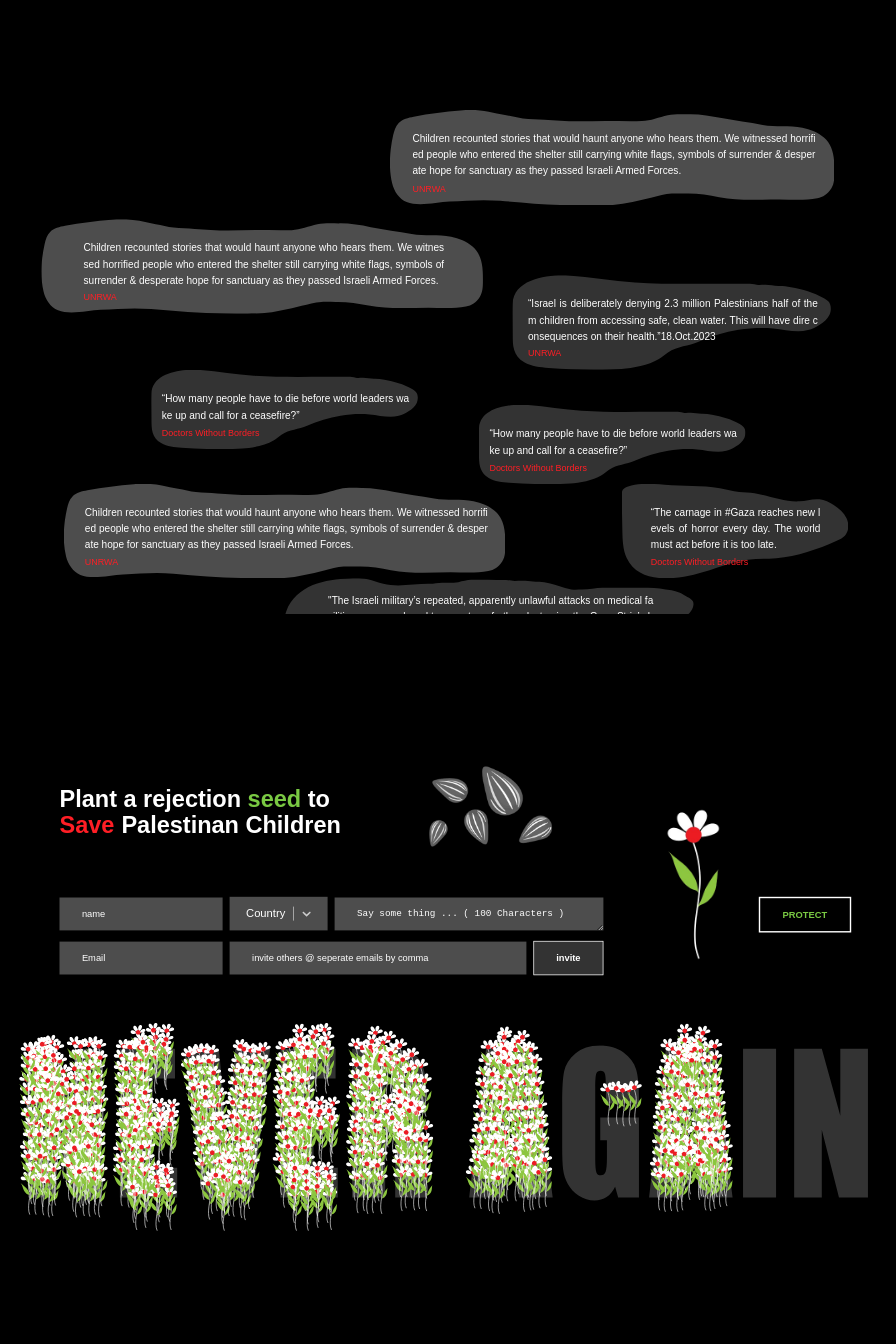
Repository: nezarko/image-drop-app
Page: /
An editor plug-in stored every save of this project. The page is shown before and after the next save, followed by the edit.
The browser window is 1280 px wide. The pictures show the part of the page from y = 2163 to 4083 px (the page is 4083 px tall), at 70% of full size.
The page's requests for data from a server got no answer. Some web fonts or font styles are not loaded; a fallback is used. The project was rebuilt for these pictures with package versions that can differ from the ones it lists, and the page was loaded fresh each time. No one was signed in, and anything a server would have sent is missing. Also part of the build but not shown: vite.config.js, src/Common/Store.js, src/assets/css/image.css, src/Components/Image.jsx, src/dataBase/config.js, src/Components/Section.js.

Above is the page before, as saved 2023-11-28 04:25:24.

### index.html
<!DOCTYPE html>
<html lang="en">

<head>
  <meta charset="utf-8" />
  <link rel="icon" href="favicon.ico" />
  <meta name="viewport" content="width=device-width, initial-scale=1" />
  <meta name="theme-color" content="#000000" />
  <meta name="description" content="Web site created using create-react-app" />
  <link rel="apple-touch-icon" href="logo192.png" />
  <!--
      manifest.json provides metadata used when your web app is installed on a
      user's mobile device or desktop. See https://developers.google.com/web/fundamentals/web-app-manifest/
    -->
  <!-- <link rel="manifest" href="%PUBLIC_URL%/manifest.json" /> -->

  <!-- <link rel="stylesheet" href="%PUBLIC_URL%/locomotive-scroll.css"> -->
  <!--
      Notice the use of %PUBLIC_URL% in the tags above.
      It will be replaced with the URL of the `public` folder during the build.
      Only files inside the `public` folder can be referenced from the HTML.

      Unlike "/favicon.ico" or "favicon.ico", "%PUBLIC_URL%/favicon.ico" will
      work correctly both with client-side routing and a non-root public URL.
      Learn how to configure a non-root public URL by running `npm run build`.
    -->
  <title>React App</title>
</head>

<body>
  <noscript>You need to enable JavaScript to run this app.</noscript>
  <div id="root"></div>
  <!--
      This HTML file is a template.
      If you open it directly in the browser, you will see an empty page.

      You can add webfonts, meta tags, or analytics to this file.
      The build step will place the bundled scripts into the <body> tag.

      To begin the development, run `npm start` or `yarn start`.
      To create a production bundle, use `npm run build` or `yarn build`.
    -->

    <script type="module" src="/src/index.jsx"></script>

</body>



</html>

### src/index.jsx
import React from "react";
import ReactDOM from "react-dom/client";
import "./App.css";
import App from "./App";
import reportWebVitals from "./reportWebVitals";

// Globa primtive class injecction : Future feauute , create Dependicy ijection and factory pattren.
String.prototype.wordCount = function () {
  return (this.length && this.split(/\s+\b/).length) || 0;
};



const root = ReactDOM.createRoot(document.getElementById("root"));
root.render(<App />);

// If you want to start measuring performance in your app, pass a function
// to log results (for example: reportWebVitals(console.log))
// or send to an analytics endpoint. Learn more: https://bit.ly/CRA-vitals
reportWebVitals();

### src/assets/css/utils.css
.col-11 {
    width: 100%;
}

.col-10 {
    width: 90%;
}

.col-9 {
    width: 80%;
}

.col-8 {
    width: 70%;
}

.col-7 {
    width: 60%;
}


.col-6 {
    width: 50%;
}

.col-5 {
    width: 40%;
}

.col-4 {
    width: 30%;
}

.col-3 {
    width: 20%;
}

.col-2 {
    width: 10%;
}

.col-1 {
    width: 1%;
}

.offset-5 {
    margin-left: 50%;
}

.offset-4 {
    margin-left: 40%;
}


.offset-3 {
    margin-left: 30%;
}

.offset-1 {
    margin-left: 5%;
}

.offset-2 {
    margin-left: 10%;
}

.pull-1 {
    margin-right: 5%;
}

.pull-2 {
    margin-right: 10%;
}

.pull-3 {
    margin-right: 15%;
}

.flex {
    display: flex;
}

.items-end {
    justify-content: flex-end;
}

.ml-auto {
    margin-left: auto;
}

.pr-10 {
    padding-right: 10%;
}

.text-green-400{
    color:#7ac943;
}

.text-red-400{
    color: #ff1e25;
}
.gray-300{
 background-color: #4d4d4d;
}
/* Globals */

img{
    max-width: 100%;
    display: block;
    margin: 0 auto;
    height: auto;
}

/* Flex */

.align-baseline{
    align-items: baseline;
}

.justify-space-between{
    justify-content: space-between  ;
}

.justify-start {
    justify-content: flex-start;
}
.align-center {
    align-items: center;
}

.items-align-center{
    align-items: center;
}
.items-align-start{
    align-items: start;
}
.mb-5{
    margin-bottom: 15px;
}


.relative{
    position: relative;
}

### src/Components/Suspence.jsx
const Suspence = ({ show }) => {
  return (
    <>
      {show && (
        <div className="suscpence">
          <h3>Loading</h3>
        </div>
      )}
    </>
  );
};

export default Suspence;

### src/Components/Header.jsx
import React, { useRef } from 'react';
import '../assets/css/Header.css';
import logo from '../assets/imags/oo.png'

import scrollimg from "../assets/imags/scro.png";
import LocomotiveScroll from 'locomotive-scroll';
function Header() {

  // const loco = useRef(new LocomotiveScroll())
  // function s(target , o = {}) {
  //    loco.current.scrollTo(target , o)
  // }

  //   const scrollToBottom = () => {
  //     // Scroll to the bottom of the page
  //     window.scrollTo({ top: document.body.scrollHeight, behavior: "smooth" });
  //   };


  return (
    <div className="header">
      <div className="flower-container">
        <img src={logo} alt="flower" className="flower-image" />

        <img
          src={scrollimg}
          alt="flower"
          style={{marginTop:"250px",height:"80px",marginBottom:"40px"}}
          className="flower-image2"
        />
      </div>
    </div>
  );
}

export default Header;

### src/Components/NeverAgain.jsx
"use client";

import { useEffect, useLayoutEffect, useMemo, useRef, useState } from "react";
import { lerp, svgFill } from "../Common/svgFill";

const options = {
  viewBox: [1045, 194],
  d: "M16.0801 173.66V3.66984L73.6801 173.66V4.45984M184.49 3.66984L132.23 3.85984V175.05H184.49M132.23 96.9598H181M380.76 3.85984H331.23V175.05H383.49M331.23 93.9598H381M213.23 3.83984L236.6 174.55L259.38 174.66L279.24 3.66984M422.28 175.66V5.83984C422.28 5.83984 476.23 9.83985 477.23 56.8398C476.23 93.8398 465.294 89.8308 465.294 89.8308M465.294 89.8308C491.489 123.562 476.23 124.84 477.6 175.66M465.294 89.8308H441.686M569.36 175.66L574.53 140.58L586.85 4.66984H612.02L630.89 175.66M625.32 140.25H574.53M796.36 175.66L799.53 140.58L810.85 4.66984H838.02L855.89 175.66M851.32 140.25H799.53M737.99 66.7698C739.23 33.8398 737.23 1.83984 710.23 1.83984C678.23 1.83984 678.23 50.9998 678.23 96.8398C678.23 142.68 678.23 175.84 711.23 175.84C733.17 175.84 741.23 162.74 741.23 137.84L742.23 103.84H714.23M741.23 175.84V144.48M908.03 5.66984V175.66M971.28 175.44V5.45984L1025.88 175.44L1028.88 5.24984",
  strokeWidth: 30,
  itemsPerRow: 5,
  radius: 7,
};

export function NeverAgain({signed}) {
  const svg = useMemo(() => svgFill(options), []);
  const [f, setF] = useState([]);


  useEffect(() => {
    console.log("Nwve",signed)
      f.push(svg.fill(signed, f));
    setF(f);
  }, [signed])


  const [filled, setFilled] = useState(() => {
    const data = [];

    for (let i = 0; i < 1000; i++) {
      data.push(svg.fill(i, data));
    }
    return data;
  });

  const width = 1200;
  const ref = useRef();
  const scale = width / options.viewBox[0];
  return (
    <>
      <div
        style={{
          position: "relative",
        }}
      >
        <svg
          ref={ref}
          xmlns="http://www.w3.org/2000/svg"
          width={svg.options.viewBox[0]}
          fill="none"
          viewBox={`0 0 ${svg.options.viewBox[0]} ${svg.options.viewBox[1]}`}
          style={{
            width,
            scale,
            transformOrigin: "0 0 ",
          }}
        >
          <path
            d="M91.8 4.34961V189.33H55.76L34.37 105.24V189.33H0V4.34961H34.38L57.43 87.6396V4.34961H91.81H91.8Z"
            fill="#333333"
          />
          <path
            d="M114.3 4.34961H182.85V41.3696H155.41V76.4496H181.09V111.64H155.41V152.32H185.59V189.34H114.3V4.35962V4.34961Z"
            fill="#333333"
          />
          <path
            d="M301.16 4.34961L280.24 189.33H217.79L194.04 4.34961H237.4C242.44 55.3096 246.04 98.4196 248.19 133.69C250.31 98.0396 252.57 66.3996 254.95 38.7496L257.8 4.34961H301.16Z"
            fill="#333333"
          />
          <path
            d="M314.09 4.34961H382.64V41.3696H355.2V76.4496H380.88V111.64H355.2V152.32H385.38V189.34H314.09V4.35962V4.34961Z"
            fill="#333333"
          />
          <path
            d="M403.2 4.34961H432.3C451.7 4.34961 464.83 5.22961 471.7 6.97961C478.57 8.72961 484.17 13.2096 488.5 20.4096C492.83 27.6096 494.99 39.0896 494.99 54.8596C494.99 69.2596 493.46 78.9296 490.4 83.8796C487.34 88.8296 481.32 91.7996 472.33 92.7896C480.47 95.1496 485.94 98.3097 488.74 102.27C491.54 106.23 493.28 109.87 493.96 113.18C494.64 116.49 494.99 125.62 494.99 140.54V189.33H456.81V127.86C456.81 117.96 456.14 111.83 454.81 109.46C453.48 107.1 449.98 105.92 444.31 105.92V189.33H403.2V4.34961ZM444.31 35.9996V77.1296C448.93 77.1296 452.17 76.3897 454.03 74.8997C455.89 73.4197 456.81 68.5996 456.81 60.4496V50.2797C456.81 44.4197 455.91 40.5696 454.12 38.7396C452.33 36.9096 449.06 35.9996 444.31 35.9996Z"
            fill="#333333"
          />
          <path
            d="M629.24 4.34961L652.75 189.33H610.73L608.52 156.08H593.81L591.34 189.33H548.84L569.81 4.34961H629.23H629.24ZM607.45 123.29C605.37 102.34 603.28 76.4397 601.19 45.5897C597 81.0097 594.37 106.91 593.3 123.29H607.45Z"
            fill="#333333"
          />
          <path
            d="M760.07 72.4498H718.96V55.6498C718.96 45.0598 718.57 38.4398 717.79 35.7698C717.01 33.0998 715.15 31.7698 712.22 31.7698C709.68 31.7698 707.96 32.9098 707.04 35.1998C706.13 37.4898 705.67 43.3497 705.67 52.7997V141.58C705.67 149.88 706.12 155.35 707.04 157.98C707.95 160.61 709.77 161.92 712.51 161.92C715.5 161.92 717.54 160.43 718.61 157.46C719.68 154.49 720.22 148.7 720.22 140.09V118.15H711.92V90.0397H760.06V189.33H734.22L730.42 176.08C727.62 181.79 724.08 186.08 719.82 188.93C715.55 191.79 710.52 193.22 704.72 193.22C697.81 193.22 691.35 191.26 685.32 187.34C679.29 183.42 674.72 178.56 671.59 172.77C668.46 166.98 666.51 160.91 665.73 154.55C664.95 148.19 664.56 138.65 664.56 125.93V70.9697C664.56 53.2997 665.37 40.4597 667 32.4697C668.63 24.4697 673.3 17.1397 681.01 10.4697C688.72 3.80973 698.7 0.469727 710.94 0.469727C723.18 0.469727 732.98 3.36978 740.92 9.14978C748.86 14.9398 754.04 21.8198 756.45 29.7698C758.86 37.7298 760.06 49.2898 760.06 64.4498V72.4498H760.07Z"
            fill="#333333"
          />
          <path
            d="M853.05 4.34961L876.56 189.33H834.54L832.33 156.08H817.62L815.15 189.33H772.65L793.62 4.34961H853.04H853.05ZM831.26 123.29C829.18 102.34 827.09 76.4397 825 45.5897C820.81 81.0097 818.18 106.91 817.11 123.29H831.26Z"
            fill="#333333"
          />
          <path
            d="M930.66 4.34961V189.33H889.55V4.34961H930.66Z"
            fill="#333333"
          />
          <path
            d="M1044.96 4.34961V189.33H1008.92L987.53 105.24V189.33H953.15V4.34961H987.53L1010.58 87.6396V4.34961H1044.96Z"
            fill="#333333"
          />
          {/* {filled.map((point, index) => (
            <g key={index}>
              <line
                x1={point.tangent.start.x}
                y1={point.tangent.start.y}
                x2={point.tangent.end.x}
                y2={point.tangent.end.y}
                stroke="blue"
                strokeWidth={2}
                style={{
                  zIndex: 1000,
                  position: "relative",
                }}
              />
              <circle
                cx={lerp(point.tangent.start, point.tangent.end, 0.5).x}
                cy={lerp(point.tangent.start, point.tangent.end, 0.5).y}
                r={options.radius}
                fill="blue"
              />
            </g>
          ))}

          <path strokeWidth={1} stroke="yellow" d={options.d} />
          {filled.map((point, index) => (
            <circle
              key={index}
              cx={point.x}
              cy={point.y}
              r={1}
              fill="yellow"
              style={
                {
                  // display: "none",
                }
              }
            />
          ))}
            */}
        </svg>

        {filled.map((point, index) => (
          <Flower
            key={index}
            style={{
              position: "absolute",
              // width: 12,
              left: (point.x - 10) * scale,
              top: (point.y - 15) * scale,
              // display: "none",
              transform: `scale(${scale / 2})`,
              transformOrigin: "0 0",
              zIndex: point.zIndex,
            }}
          />
        ))}
      </div>
      {/* Some empty space for testing */}
      <div
        style={{
          height: 200,
        }}
      />
    </>
  );
}

const Flower = (props) => {
  return (
    <svg
      {...props}
      width="39"
      height="109"
      viewBox="0 0 39 109"
      fill="none"
      xmlns="http://www.w3.org/2000/svg"
    >
      <path
        d="M21.87 73.0996C21.87 70.1596 23.85 68.4996 24.95 65.8896C26.23 62.8396 27.1 59.6204 28.59 56.6504C29.99 53.8504 31.85 51.3702 33.46 48.7002C34.72 46.6102 36.65 44.9395 37.71 42.7695C36.93 44.3695 37.05 46.1899 36.9 47.9199C36.73 49.9299 36.44 51.9297 36.22 53.9297C35.92 56.5497 35.27 59.44 33.89 61.71C32.23 64.44 29.61 67.0598 26.65 68.3398C25.72 68.7398 24.7 69.0397 23.92 69.7197C23.19 70.3597 21.88 72.1296 21.88 73.0996H21.87Z"
        fill="#8CC63F"
      />
      <path
        d="M23.3 60.8398C22.86 58.9398 21.19 58.42 19.62 58C17.74 57.49 16.29 56.42 14.79 55.21C12.38 53.26 10.45 50.73 9.09003 47.96C7.42003 44.55 5.93999 40.8001 4.92999 37.1201C4.23999 34.6201 2.50998 31.2498 0.539978 29.5098C4.00998 32.5698 7.35001 35.78 11.14 38.46C13.62 40.21 15.96 42.91 17.81 45.25C20.42 48.54 21.85 51.9095 22.53 56.0195C23 58.8995 23.74 61.3098 23.35 64.2598"
        fill="#8CC63F"
      />
      <path
        d="M23.61 107.98C19.72 99.1705 20.21 87.2399 21.6 76.6699C22.97 66.2999 24.89 56.1202 24.11 45.4102C23.45 36.4102 21.1 27.3698 17.98 19.8398"
        stroke="white"
        stroke-width="1.5"
        stroke-miterlimit="10"
      />
      <path
        d="M23.6 18.5191C24.24 14.8291 27.23 11.8199 30.7 10.5299C32.22 9.95989 33.95 9.71942 35.47 10.2994C36.99 10.8794 38.21 12.4297 38.02 14.0397C37.9 15.0297 37.29 15.9197 36.51 16.5397C35.73 17.1597 34.79 17.5698 33.86 17.9098C30.63 19.1098 27.2 19.7592 23.76 19.8492"
        fill="white"
      />
      <path
        d="M20.98 14.5896C19.76 11.9096 19.44 8.81991 20.11 5.94991C20.51 4.19991 21.33 2.45983 22.76 1.36983C24.19 0.279832 26.34 2.75373e-05 27.79 1.07003C28.86 1.85003 29.39 3.20999 29.42 4.52999C29.45 5.84999 29.02 7.13956 28.48 8.33956C27.79 9.84956 26.9 11.2598 25.96 12.6198C24.94 14.0998 23.78 15.59 22.12 16.28"
        fill="white"
      />
      <path
        d="M17.56 17.8899C13.76 15.9699 10.07 13.4607 8.4 9.44067C7.91 8.26067 7.52995 6.9902 7.59995 5.7102C7.67995 4.4302 8.29 3.13047 9.4 2.49047C10.61 1.80047 12.19 2.02047 13.39 2.74047C14.59 3.46047 15.4599 4.61051 16.2199 5.78051C18.6299 9.51051 20.55 13.3604 18.95 17.7004"
        fill="white"
      />
      <path
        d="M15.3 21.0396C12.69 22.4096 9.61998 22.8895 6.71998 22.3795C4.94998 22.0695 3.17 21.35 2 19.98C0.830005 18.61 0.439988 16.4793 1.41999 14.9693C2.13999 13.8593 3.47003 13.25 4.78003 13.15C6.09003 13.05 7.41002 13.3992 8.64002 13.8892C10.18 14.4992 11.64 15.3095 13.05 16.1695C14.58 17.1095 16.14 18.1891 16.91 19.8091"
        fill="white"
      />
      <path
        d="M19.63 24.1201C22.8277 24.1201 25.42 21.5278 25.42 18.3301C25.42 15.1323 22.8277 12.54 19.63 12.54C16.4323 12.54 13.84 15.1323 13.84 18.3301C13.84 21.5278 16.4323 24.1201 19.63 24.1201Z"
        fill="#EC1C24"
      />
    </svg>
  );
};

### src/assets/css/header.css
.header {
    width: 85%;
    height: 700px;
    margin-top: 200px;
    font-size: 140px;
    font-family:  'Arial Narrow', Arial, sans-serif;
    position: relative;
    z-index: 5;
  }

  .flower-container {
    position: absolute;
    top: 40%;
    left: 50%;
    transform: translate(-50%, -50%);
    flex-direction: column;
    display: flex;
    align-items: center; /* Center vertically */
    justify-content: space-between;
  }

### src/assets/css/khc.css
/* // XX-Large devices (larger desktops, 1400px and up) */
/* @media (min-width: 1400px) {
    .comment-container{
        width: 1400px;
    }
} */
.Cwrapper{
    position: relative;
    width: 100%;
    overflow: hidden;

}
.comment-container{
    width: 1170px;
    margin: 0 auto;
    height: 100vh;
    background-color: rgb(0, 0, 0);
    color: white;
    position: relative;
    margin-top: 300px;
}

.divide{
    position: absolute;
    top:38px;
    width: 100%;
    z-index: 11111;

}
.divide img{
object-fit: cover;
}

.comment {
    position: relative;
    width: 100%;
    /* height: 150px; */
}
.comment{
    display: flex;
    /* align-items: start; */
    flex-direction: column;
    justify-content: flex-start;
    padding: 1rem 3rem;
}
.comment::before {
    content: '';
    position: absolute;
    width: 100%;
    height: 100%;
    top: 0;
    left: 0;
    background-position: top center;
    background-size: contain;
    background-repeat: no-repeat;
    z-index: 1;
}
.comment > p {
  position: relative;
  z-index: 2;
  text-wrap: wrap;
  word-break: break-all;
  font-size: .9rem;
  line-height: 1.6;
  width: 100%;
  text-align: justify;
  margin-bottom: 5px;
  padding-right: 2%;
  padding-left: 3%;
}

.comment > p >p:first-child{
    margin: 0;
}
.commatnable {
    --red-2: #ff1e25;
    --red-1: #fc0101;
    position: relative;
    z-index: 1111;
    align-self: flex-start;
    font-size: .8rem;
    padding-right: 2%;
        padding-left: 3%;
}
.b1::before {
    background-image: url('../imags/CommentBubble_01.svg');
}


.b2::before {
    background-image: url('../imags/CommentBubble_02.svg');
}

.b3::before {
    background-image: url('../imags/CommentBubble_03.svg');
}

.b4::before {
    background-image: url('../imags/CommentBubble_04.svg');
}

.b5::before {
    background-image: url('../imags/CommentBubble_05.svg');
}

.b6::before {
    background-image: url('../imags/CommentBubble_06.svg');
}

.b7::before {
    background-image: url('../imags/CommentBubble_07.svg');
}

.b8::before {
    background-image: url('../imags/CommentBubble_08.svg');
}

/* @media (min-width: 1400px) {
    .comment-container{
        width: 1400px;
    }
} */

### src/assets/css/form.css
.form-container {
    width: 1170px;
    position: relative;
    overflow: hidden;
    padding: 100px 30px;
}

.form-header {
    width: 100%;
    position: relative;
    padding-top: 10%;
    margin-bottom: 50px;
}

.form-header * {
    font-family: var(--code-new-roman);

}

.form-header .content {
    text-align: left;
    display: flex;
    justify-content: flex-start;
    align-items: center;
}



.form-header .content h3 {
    font-size: 2.1rem;
}

.form-header .content h3 span:nth-child(2) {
    /* display: inline-block; */
    margin-right: 10px;
}

.f-h-img {
    position: absolute;
    right: 35%;
}

.form-group .form-control,
.form-group input[type="text"],input,
textarea,
select {
    border: none;
    padding: 1rem 2rem;
    color: white;
}

input::placeholder,
textarea::placeholder {
    color: white;
}

input:focus,
textarea:focus {
    border: none;
    outline-color: #ff1e25;
    outline-offset: 0;
}


.btn {
    background-color: #333;
    border: 1px solid white;
    color: white;
    font-weight: 700;
    padding: 1rem 2rem;
}
.btn-green{
    border: 2px solid white;
    font-weight: 800;
    text-transform: uppercase;
    padding: 1rem 2rem;
    background-color: #000;
}
.grid-1,
.grid-2 {
    display: grid;
    grid-gap: 10px;
    align-items: center;
    justify-content: start;
    align-content: center;
}

.grid-1 {
    grid-template-columns: 30% 18% auto;
    grid-template-rows: auto;
}

.grid-2 {
    grid-template-columns: 30% 54.5% auto;
    grid-template-rows: auto
}
.f{
    position: absolute;
    top: -140px;right: 140px;;
}

Loaded but not shown: src/reportWebVitals.js (common file); src/Common/functions.js (162 lines, source omitted); src/Common/svgFill/utils.js (80 lines, source omitted); src/Common/svgFill/svgFill.js (64 lines, source omitted); src/Components/dropedSection.js (37 lines, source omitted); firebase.js (17 lines, source omitted); src/Common/svgFill/index.js (2 lines, source omitted); src/App.css (328 lines, source omitted); src/Components/Form.jsx (184 lines, source omitted); src/Components/Comments.jsx (138 lines, source omitted); src/App.jsx (159 lines, source omitted)

After the next save:
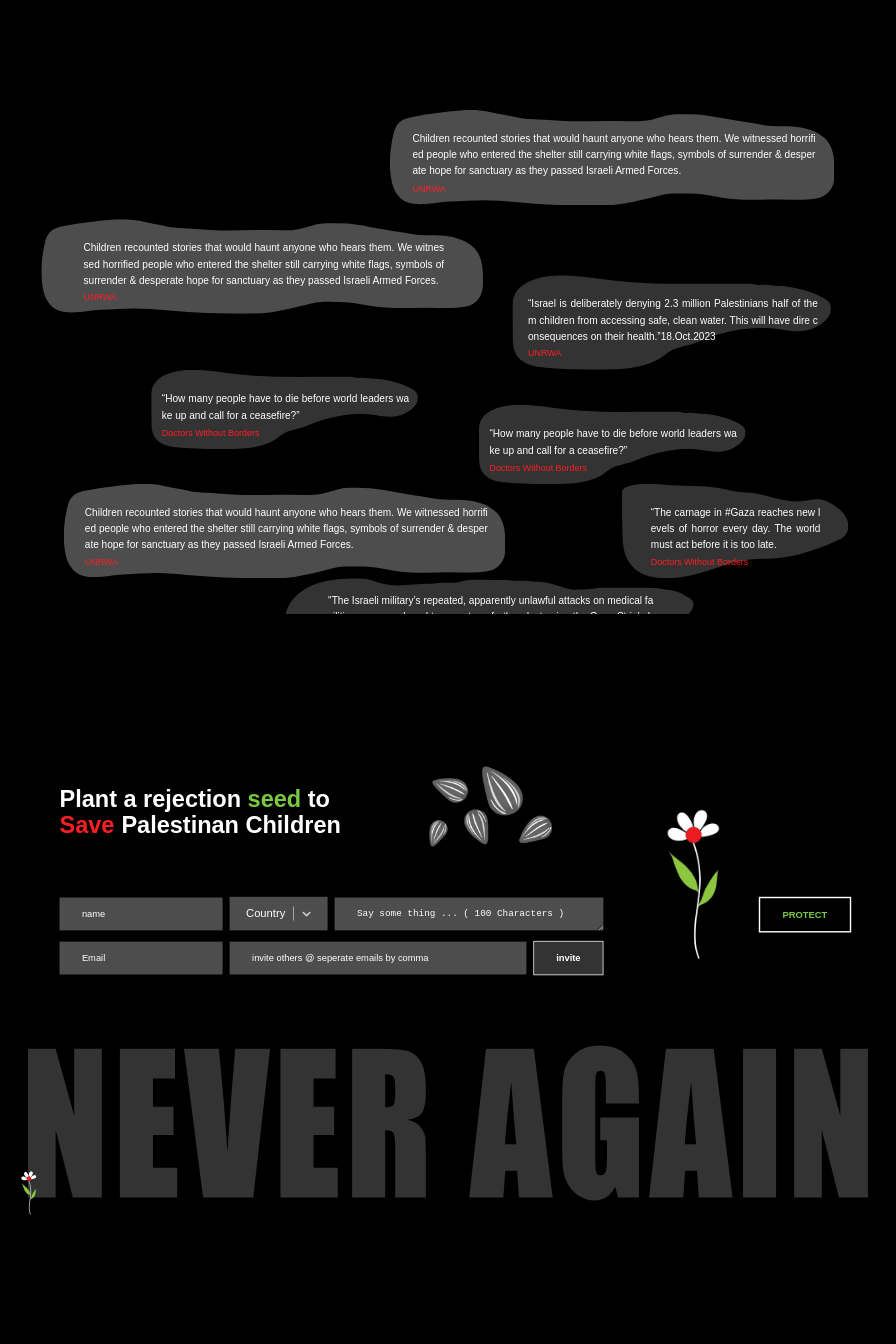
Saved 46 s later.
--- a/src/Components/NeverAgain.jsx
+++ b/src/Components/NeverAgain.jsx
@@ -135,7 +135,7 @@
             */}
         </svg>
 
-        {filled.map((point, index) => (
+        {f.map((point, index) => (
           <Flower
             key={index}
             style={{
